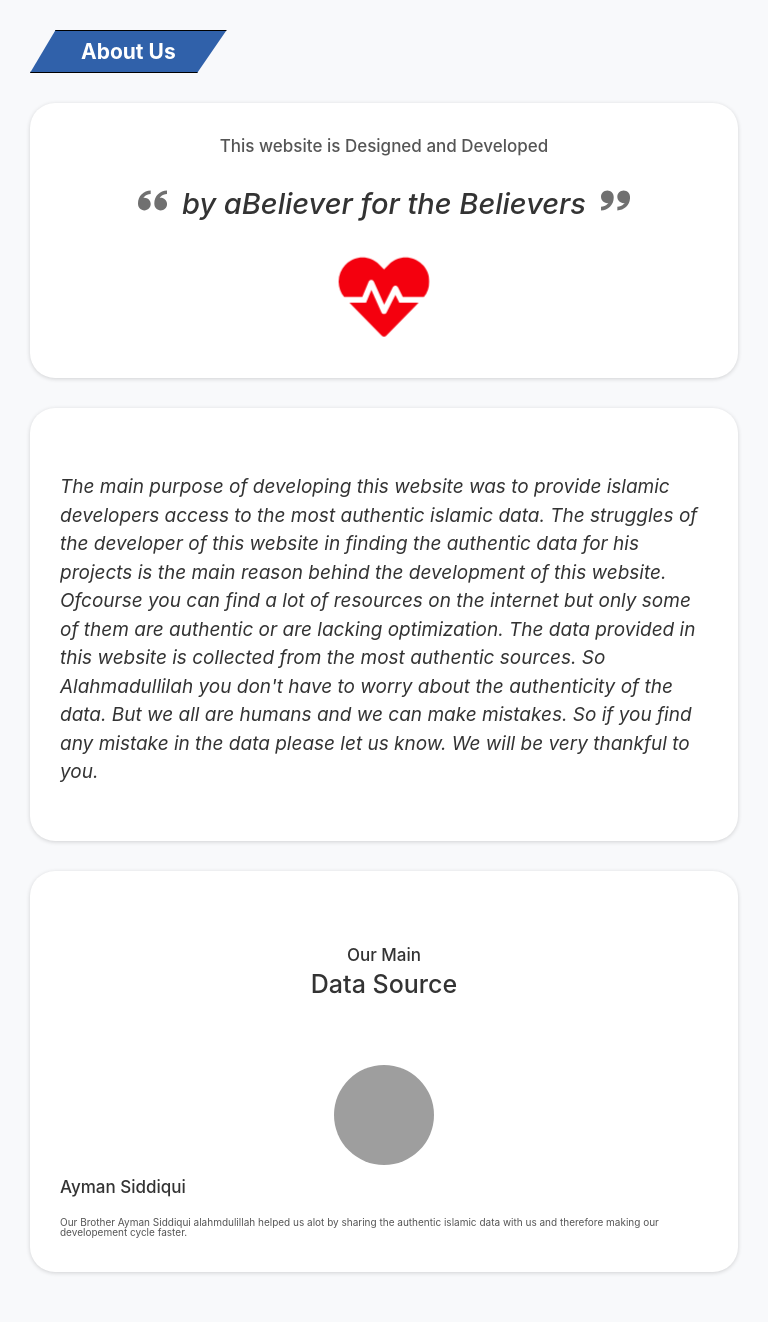
Repository: SpicierEwe/islamic-dev-repo
Page: /legal/about_us
The author's editor kept a copy of each file at every save. The page is drawn from the files as they stood at one save, then again after the next save.
The browser window is 768 px wide. The pictures show the whole page.
Pictures or frames that could not be fetched are drawn as grey boxes. The project was rebuilt for these pictures with package versions that can differ from the ones it lists, and the page was loaded fresh each time. The framework's server and built-in components were replaced by stand-ins that run in the browser. Also part of the build but not shown: next.config.js.

Above is the page before, as saved 2022-09-16 20:19:55.

### pages/_app.js
import "../styles/globals.css";
import { DataContextProvider } from "../store/data_context";

function MyApp({ Component, pageProps }) {
  return (
    <DataContextProvider>
      <Component {...pageProps} />
    </DataContextProvider>
  );
}

export default MyApp;

### pages/legal/about_us.js
import AboutUs from "../../components/legal/about_us/about_us";

export default function Legal() {
  return (
    <div>
      <AboutUs></AboutUs>
    </div>
  );
}

### styles/globals.css
html,
body,
div,
span,
applet,
object,
iframe,
h1,
h2,
h3,
h4,
h5,
h6,
p,
blockquote,
pre,
a,
abbr,
acronym,
address,
big,
cite,
code,
del,
dfn,
em,
img,
ins,
kbd,
q,
s,
samp,
small,
strike,
strong,
sub,
sup,
tt,
var,
b,
u,
i,
center,
dl,
dt,
dd,
ol,
ul,
li,
fieldset,
form,
label,
legend,
table,
caption,
tbody,
tfoot,
thead,
tr,
th,
td,
article,
aside,
canvas,
details,
embed,
figure,
figcaption,
footer,
header,
hgroup,
menu,
nav,
output,
ruby,
section,
summary,
time,
mark,
audio,
video {
  margin: 0;
  padding: 0;
  border: 0;
  vertical-align: baseline;
}
/* HTML5 display-role reset for older browsers */
article,
aside,
details,
figcaption,
figure,
footer,
header,
hgroup,
menu,
nav,
section {
  display: block;
}
body {
  line-height: 1;
}
ol,
ul {
  list-style: none;
}
blockquote,
q {
  quotes: none;
}
blockquote:before,
blockquote:after,
q:before,
q:after {
  content: "";
  content: none;
}
table {
  border-collapse: collapse;
  border-spacing: 0;
}

/*

 ////////////////////////////////////////////////////////////////////////////from here are the styles
 //////////////////////////////////////////////////////////////////////////

*/

:root {
  --complementary-blue: #0077b6;
  --heading_black: #080808;
}

html {
  font-size: 62.5%;
}

html,
body {
  padding: 0;
  margin: 0;
  /* font-family: "Roboto", "Open Sans", sans-serif, -apple-system,
    BlinkMacSystemFont, Segoe UI, Roboto, Oxygen, Ubuntu, Cantarell, Fira Sans,
    Droid Sans, Helvetica Neue, sans-serif; */

  font-family: -apple-system, BlinkMacSystemFont, Segoe UI, Roboto, Oxygen,
    Ubuntu, Cantarell, Fira Sans, Droid Sans, Helvetica Neue, sans-serif;
  font-weight: 400;
  line-height: 1;
  color: #555;
  box-sizing: border-box;

  background-color: #f8f9fb;

  /* will make the website unselectable/copyable */
  /* -webkit-touch-callout: none;
  -webkit-user-select: none;
  -khtml-user-select: none;
  -moz-user-select: none;
  -ms-user-select: none;
  user-select: none; */
}

a {
  color: inherit;
  text-decoration: none;
}

* {
  box-sizing: border-box;
}

### store/data_context.js
import { createContext, useState } from "react";

const DataContext = createContext({
  db: [],
  downlodable_data: [],
  globaliseDataFunction: (data) => {},
  globaliseDownloadableData: (data) => {},
});

export function DataContextProvider(props) {
  const [db, setDb] = useState([]);
  const [downlodableData, setdownlodableData] = useState([]);

  // globalize db
  function globaliseData(data) {
    /// will update the data
    setDb(data);
  }

  // globalize db
  function globaliseDownloadableData(data) {
    /// will update the data
    setdownlodableData(data);
  }

  const context = {
    db: db,
    downlodable_data: downlodableData,
    globaliseDataFunction: globaliseData,
    globaliseDownloadableData: globaliseDownloadableData,
  };

  return (
    <DataContext.Provider value={context}>
      {props.children}
    </DataContext.Provider>
  );
}

export default DataContext;

### components/legal/about_us/about_us.js
import styles from "./about_us.module.css";
import Image from "next/image";
import { ImQuotesLeft, ImQuotesRight } from "react-icons/im";
import { FaHeartbeat } from "react-icons/fa";

export default function AboutUs(props) {
  return (
    <div className={styles.bg}>
      <h1 className={styles.page_title}>About Us</h1>
      <div className={styles.container_development}>
        <div>
          <p className={styles.intro}>This website is Designed and Developed</p>
          <blockquote>
            <h3 className={styles.quote}>
              <ImQuotesLeft color="#707070" style={{ marginRight: "1.5rem" }} />
              by aBeliever for the Believers
              <ImQuotesRight color="#707070" style={{ marginLeft: "1.5rem" }} />
            </h3>
          </blockquote>
        </div>
        <div className={styles.heart_icon}>
          <FaHeartbeat size="9rem" color="f4000e" />
        </div>
      </div>
      <div className={styles.container_development}>
        <p className={styles.summary}>
          The main purpose of developing this website was to provide islamic
          developers access to the most authentic islamic data. The struggles of
          the developer of this website in finding the authentic data for his
          projects is the main reason behind the development of this website.
          Ofcourse you can find a lot of resources on the internet but only some
          of them are authentic or are lacking optimization. The data provided
          in this website is collected from the most authentic sources. So
          Alahmadullilah you don&apos;t have to worry about the authenticity of
          the data. But we all are humans and we can make mistakes. So if you
          find any mistake in the data please let us know. We will be very
          thankful to you.
        </p>
      </div>

      <div
        className={`${styles.container_development} ${styles.container_data_source}`}
      >
        <p className={styles.source_title}>
          <span className={styles.head_half}> Our Main</span>
          <br></br> Data Source
        </p>
        {/* data resource description */}
        <div className={styles.resourcer_container}>
          <div>
            <Image
              className={styles.resourcer_image}
              src={
                "https://thumbs.dreamstime.com/b/sheikh-icon-flat-style-isolated-white-background-arab-emirates-symbol-stock-vector-illustration-91220453.jpg"
              }
              height="100%"
              width="100%"
              // layout="fill"
              alt="Sheikh"
            ></Image>
          </div>
          <div>
            <p className={styles.name}>Ayman Siddiqui</p>
            <p>
              Our Brother Ayman Siddiqui alahmdulillah helped us alot by sharing
              the authentic islamic data with us and therefore making our
              developement cycle faster.
            </p>
          </div>
        </div>
      </div>
    </div>
  );
}

### components/legal/about_us/about_us.module.css
.bg {
  /* background-color: red; */
  max-width: 120rem;
  padding: 0 3rem;
  margin: 0 auto;
  padding-bottom: 5rem;
}

.page_title {
  margin-top: 3rem;
  display: inline-block;
  clip-path: polygon(13% 0, 100% 0%, 85% 100%, 0% 100%);
  background-color: #3061aa;
  color: white;
  border: 1px solid black;
  padding: 1rem 5rem;
  font-size: 2.1rem;
}

.container_development {
  justify-content: center;
  align-items: center;
  display: flex;
  border-radius: 2.5rem;
  margin-top: 3rem;
  background-color: white;
  padding: 3.5rem 3rem;
  box-shadow: rgba(0, 0, 0, 0.16) 0px 1px 4px;
  justify-content: space-evenly;
}

.intro {
  text-align: center;
  font-weight: 500;
  color: #555;
  font-size: 1.7rem;
}

.quote {
  margin-top: 3rem;
  color: #333;
  font-weight: 500;
  font-size: 2.9rem;
  font-style: italic;
  padding-bottom: 1.9rem;
  text-align: center;
}

/* heart icon */
.heart_icon {
  animation: heartBeat 1.5s infinite;
}

/* heart icon animation */
@keyframes heartBeat {
  0% {
    transform: scale(1);
  }
  20% {
    transform: scale(1.1);
  }
  40% {
    transform: scale(1);
  }
  60% {
    transform: scale(1.1);
  }
  80% {
    transform: scale(1);
  }
  100% {
    transform: scale(1);
  }
}

.summary {
  margin-top: 3rem;
  max-width: 75rem;

  line-height: 1.5;
  color: #333;
  font-size: 1.9rem;
  font-style: italic;
  padding-bottom: 1.9rem;
}

.source_title {
  margin-top: 3rem;
  color: #333;
  font-weight: 500;
  font-size: 2.5rem;
  line-height: 1.3;
  /* font-style: italic; */
  padding-bottom: 1.9rem;
  text-align: center;
}

.head_half {
  font-size: 1.7rem;
}

.container_data_source {
  flex-direction: column;
}

/* resourcer classes */

.resourcer_container {
  display: flex;
  justify-content: center;
  margin-top: 3rem;
  column-gap: 3rem;
}

.resourcer_image {
  width: 100%;
  height: 100%;
  object-fit: cover;
  border-radius: 50%;
}

.name {
  font-weight: 500;
  font-size: 1.7rem;
  line-height: 1.3;
  color: #333;
  padding-bottom: 1.9rem;
}

/* media query */
@media (max-width: 768px) {
  .container_development {
    flex-direction: column;
    row-gap: 1.5rem;
  }
  .resourcer_container {
    flex-direction: column;
    justify-content: center;
    align-items: center;
    row-gap: 1rem;
  }
}

After the next save:
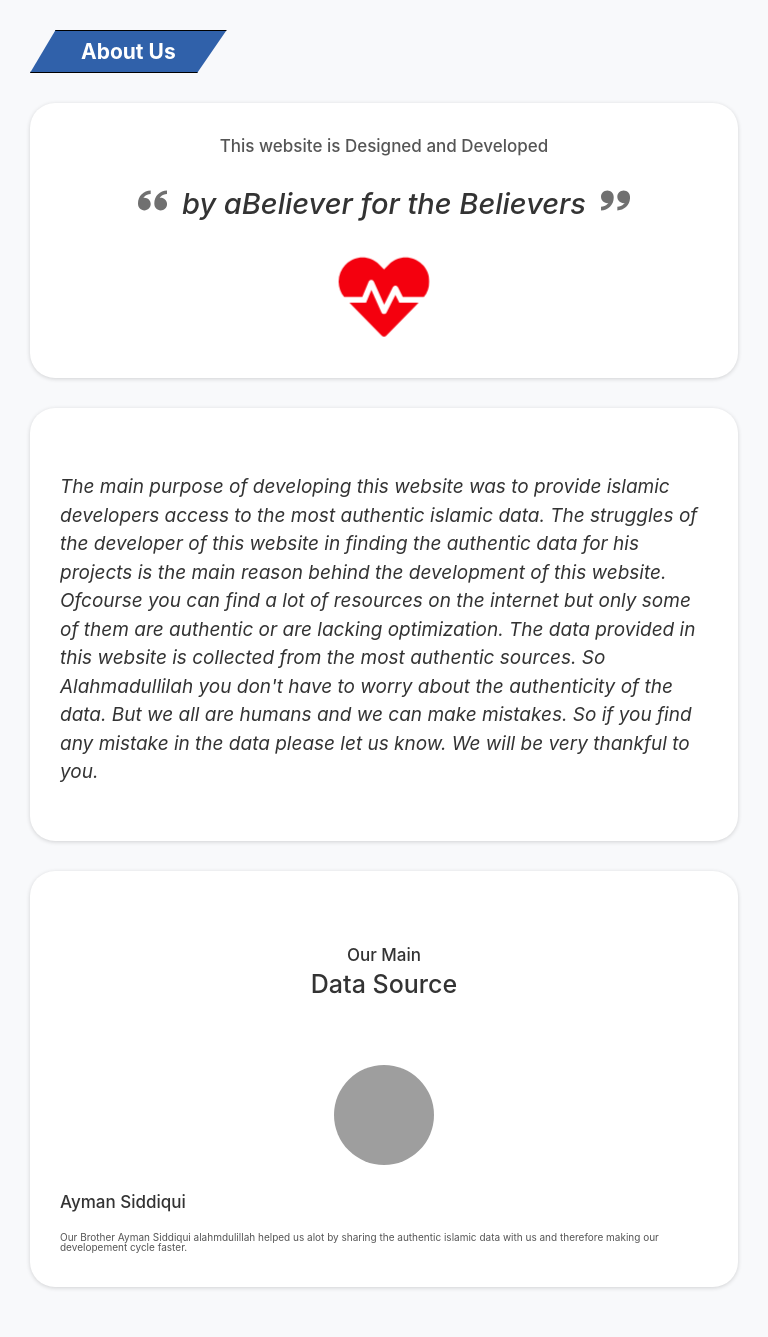
Saved 4 s later.
--- a/components/legal/about_us/about_us.module.css
+++ b/components/legal/about_us/about_us.module.css
@@ -137,6 +137,6 @@
     flex-direction: column;
     justify-content: center;
     align-items: center;
-    row-gap: 1rem;
+    row-gap: 2.5rem;
   }
 }
